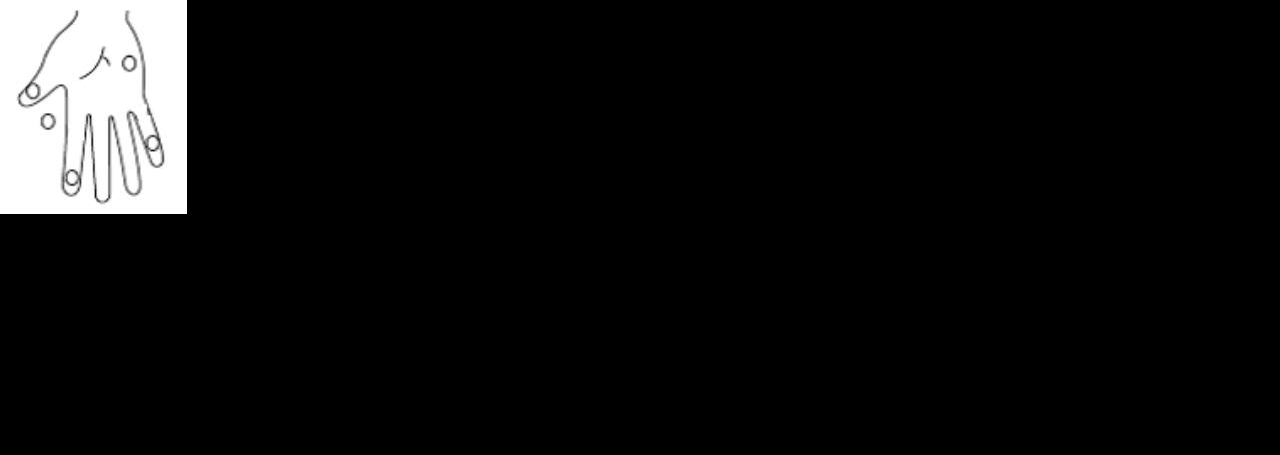
Repository: amdreew/graficosLepra
Page: inddex.html
These files come from the project's save history. The page is drawn as it stood at one moment and after the next save; the edit follows.
The browser window is 1280 px wide. The pictures show the whole page.

Above is the page before, as saved 2020-10-22 11:48:03.

### inddex.html
<!DOCTYPE html>
<html lang="en">
<head>
    <meta charset="UTF-8">
    <meta name="viewport" content="width=device-width, initial-scale=1.0">
    <title>Document</title>
    <link rel="stylesheet" href="main.css">
</head>
<body>


    <div class="contenedor">
        <div class="img-tanner item-img imgMd"></div>
        <div class="img-tanner item-img imgMI"></div>
        <div class="img-tanner item-img imgPd"></div>
        <div class="img-tanner item-img imgPI"></div>
    </div>

    <div class="manoDer">
        <img src="img/manoDer.png" usemap="#image-map">
        <map name="image-map">
            <area target="" alt="1" title="1" href="#" coords="33,92,10" shape="circle">
            <area target="" alt="2" title="2" href="#" coords="129,63,10" shape="circle">
            <area target="" alt="3" title="3" href="#" coords="72,178,10" shape="circle">
            <area target="" alt="4" title="4" href="#" coords="154,143,10" shape="circle">
            <area target="" alt="5" title="5" href="#" coords="48,120,10" shape="circle">
        </map>
    </div>

</body>
</html>

### main.css
*{
    margin: 0;
    padding: 0;
}

body {
    background-color: black;
}

After the next save:
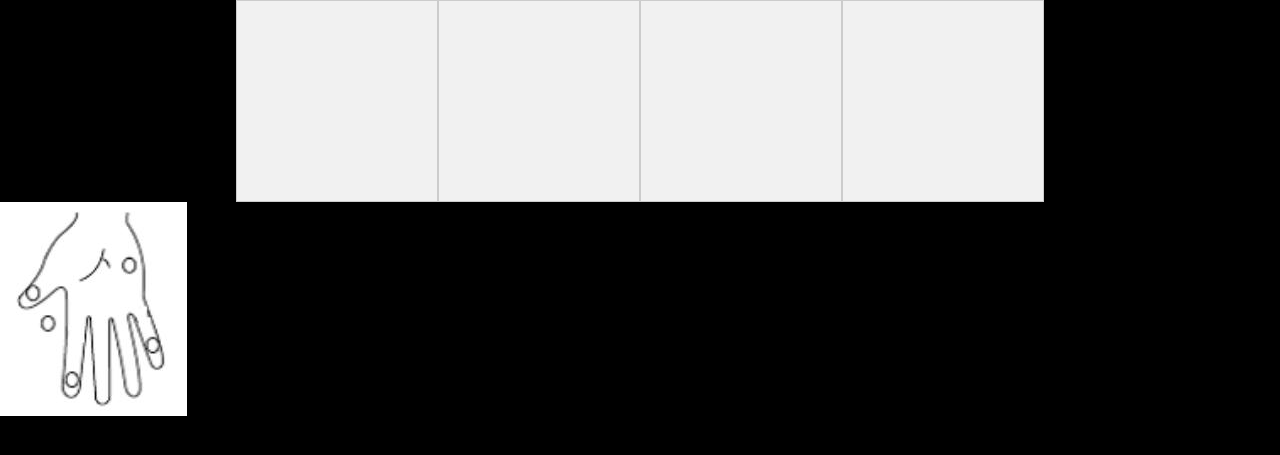
Saved 39 s later.
--- a/main.css
+++ b/main.css
@@ -6,3 +6,19 @@
 body {
     background-color: black;
 }
+
+.contenedor {
+    display: flex;
+    flex-wrap: wrap;
+    justify-content: center;
+}
+
+.item-img{
+    background-color: #f1f1f1;
+    min-width: 200px;
+    min-height: 200px;
+    margin: 0;
+    text-align: center;
+    line-height: 75px;
+    border: 1px solid #CCCCCC;
+  }
